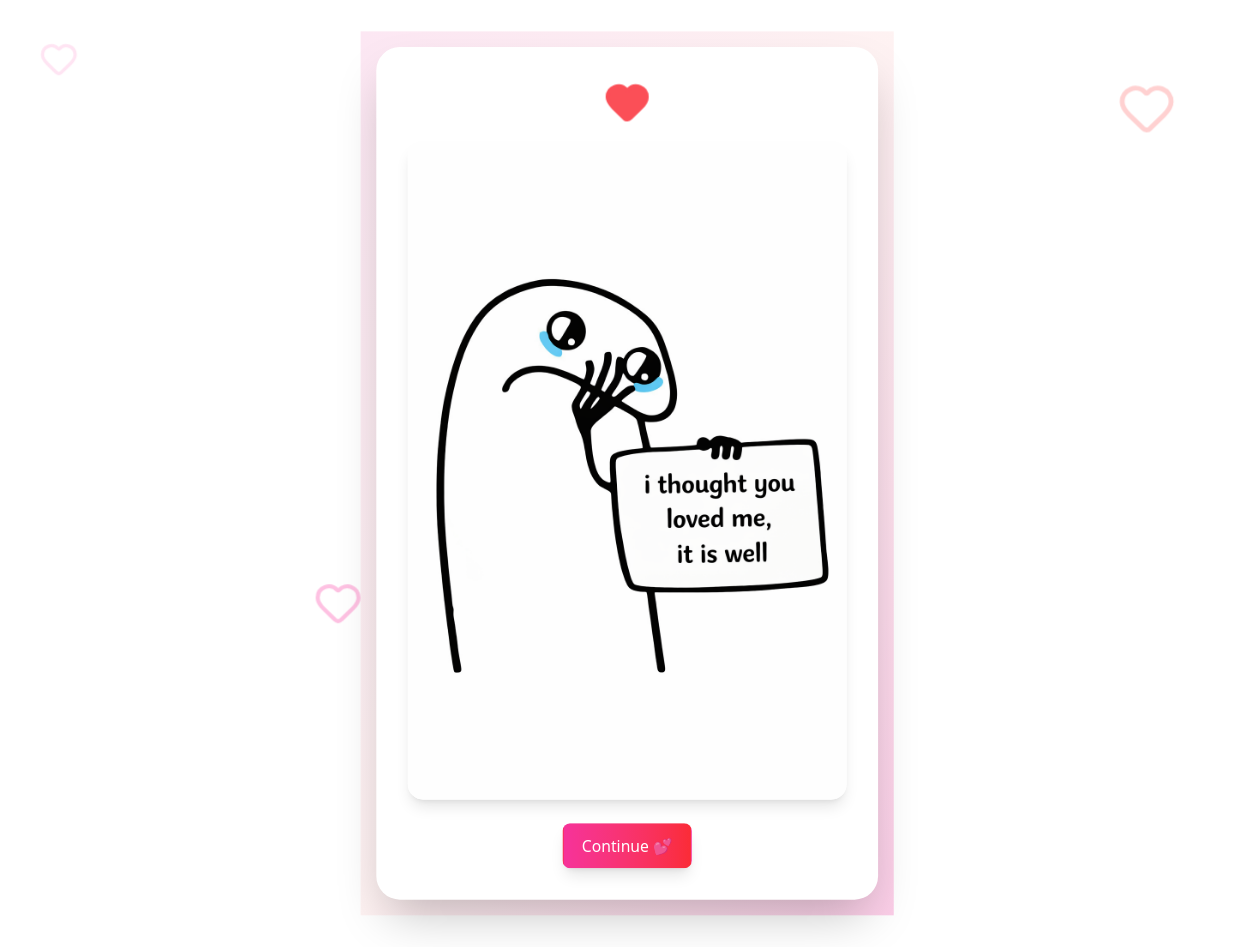
Repository: joelojieabu/Valentine
Page: /
An editor plug-in stored every save of this project. The page is shown before and after a run of saves, followed by the edit.
The browser window is 1280 px wide. The pictures show the whole page, at 98% of full size.
The project was rebuilt for these pictures with package versions that can differ from the ones it lists, and the page was loaded fresh each time. Also part of the build but not shown: vite.config.ts.

Above is the page before, as saved 2026-02-03 13:27:55.

### index.html
<!doctype html>
<html lang="en">
  <head>
    <meta charset="UTF-8" />
    <link rel="icon" type="image/svg+xml" href="/vite.svg" />
    <meta name="viewport" content="width=device-width, initial-scale=1.0" />
    <title>valentine</title>
  </head>
  <body>
    <div id="root"></div>
    <script type="module" src="/src/main.tsx"></script>
  </body>
</html>

### src/App.tsx
import ValentineApp from "./Valentine";
import "./App.css";

function App() {
  return <ValentineApp />;
}

export default App;

### src/Valentine.tsx
import React, { useState } from "react";
import { Heart } from "lucide-react";

export default function ValentineApp() {
  const [page, setPage] = useState(1);
  const [yesButtonSize, setYesButtonSize] = useState(1);

  const handleNoClick = () => {
    setYesButtonSize((prev) => prev + 0.3);
  };

  const handleYesClick = () => {
    setPage(4);
  };

  return (
    <div className="min-h-screen bg-gradient-to-br from-pink-100 via-red-50 to-pink-200 flex items-center justify-center p-4">
      <div className="absolute top-0 left-0 w-full h-full overflow-hidden pointer-events-none">
        <Heart
          className="absolute top-10 left-10 text-pink-300 opacity-20 animate-pulse"
          size={40}
        />
        <Heart
          className="absolute top-20 right-20 text-red-300 opacity-20 animate-pulse"
          size={60}
          style={{ animationDelay: "0.5s" }}
        />
        <Heart
          className="absolute bottom-20 left-1/4 text-pink-400 opacity-20 animate-pulse"
          size={50}
          style={{ animationDelay: "1s" }}
        />
        <Heart
          className="absolute bottom-10 right-1/3 text-red-300 opacity-20 animate-pulse"
          size={45}
          style={{ animationDelay: "1.5s" }}
        />
      </div>

      <div className="relative bg-white rounded-3xl shadow-2xl p-8 max-w-2xl w-full">
        {/* Page 1 */}
        {page === 1 && (
          <div className="text-center space-y-6 animate-fade-in">
            <div className="flex justify-center mb-4">
              <Heart
                className="text-red-500 animate-pulse"
                size={48}
                fill="currentColor"
              />
            </div>
            <img
              src="/uploads/stick3.png"
              alt="Sad character"
              className="w-full max-w-md mx-auto rounded-2xl shadow-lg max-h-8/10"
            />
            <button
              onClick={() => setPage(2)}
              className="bg-gradient-to-r from-pink-500 to-red-500 text-white px-8 py-4 rounded-full font-bold text-lg hover:from-pink-600 hover:to-red-600 transform hover:scale-105 transition-all shadow-lg hover:shadow-xl"
            >
              Continue 💕
            </button>
          </div>
        )}

        {/* Page 2 */}
        {page === 2 && (
          <div className="text-center space-y-6 animate-fade-in">
            <div className="flex justify-center mb-4">
              <Heart
                className="text-red-500 animate-pulse"
                size={48}
                fill="currentColor"
              />
            </div>
            <img
              src="/uploads/stick2.png"
              alt="Understanding character"
              className="w-full max-w-md mx-auto rounded-2xl shadow-lg"
            />
            <button
              onClick={() => setPage(3)}
              className="bg-gradient-to-r from-pink-500 to-red-500 text-white px-8 py-4 rounded-full font-bold text-lg hover:from-pink-600 hover:to-red-600 transform hover:scale-105 transition-all shadow-lg hover:shadow-xl"
            >
              Next 💖
            </button>
          </div>
        )}

        {/* Page 3 */}
        {page === 3 && (
          <div className="text-center space-y-6 animate-fade-in">
            <div className="flex justify-center mb-4">
              <Heart
                className="text-red-500 animate-pulse"
                size={48}
                fill="currentColor"
              />
            </div>
            <img
              src="/uploads/stick1.png"
              alt="Valentine question"
              className="w-full max-w-md mx-auto rounded-2xl shadow-lg"
            />
            <div className="flex flex-col items-center gap-4 pt-4">
              <button
                onClick={handleYesClick}
                style={{
                  transform: `scale(${yesButtonSize})`,
                  transition: "transform 0.3s ease",
                }}
                className="bg-gradient-to-r from-pink-500 to-red-500 text-white px-8 py-4 rounded-full font-bold text-lg hover:from-pink-600 hover:to-red-600 shadow-lg hover:shadow-xl origin-center"
              >
                Yes 💝
              </button>
              <button
                onClick={handleNoClick}
                className="bg-gray-300 text-gray-700 px-6 py-3 rounded-full font-semibold hover:bg-gray-400 transition-all shadow-md"
              >
                If they born you well, click no
              </button>
            </div>
          </div>
        )}

        {/* Page 4 - Success */}
        {page === 4 && (
          <div className="text-center space-y-6 animate-fade-in">
            <div className="flex justify-center gap-2 mb-4">
              <Heart
                className="text-red-500 animate-pulse"
                size={48}
                fill="currentColor"
              />
              <Heart
                className="text-pink-500 animate-pulse"
                size={48}
                fill="currentColor"
                style={{ animationDelay: "0.2s" }}
              />
              <Heart
                className="text-red-500 animate-pulse"
                size={48}
                fill="currentColor"
                style={{ animationDelay: "0.4s" }}
              />
            </div>
            <video
              src="/uploads/catgif.mp4"
              autoPlay
              loop
              muted
              playsInline
              className="w-full max-w-md mx-auto rounded-2xl shadow-lg"
            />
            <p className="text-2xl text-pink-600 font-semibold mt-4">
              Happy Valentine's Day! 💕
            </p>
          </div>
        )}
      </div>

      <style>{`
        @keyframes fade-in {
          from {
            opacity: 0;
            transform: translateY(20px);
          }
          to {
            opacity: 1;
            transform: translateY(0);
          }
        }
        .animate-fade-in {
          animation: fade-in 0.5s ease-out;
        }
      `}</style>
    </div>
  );
}

Loaded but not shown: src/main.tsx (common file); src/index.css (common file); src/App.css (common file)

After the next 3 saves:
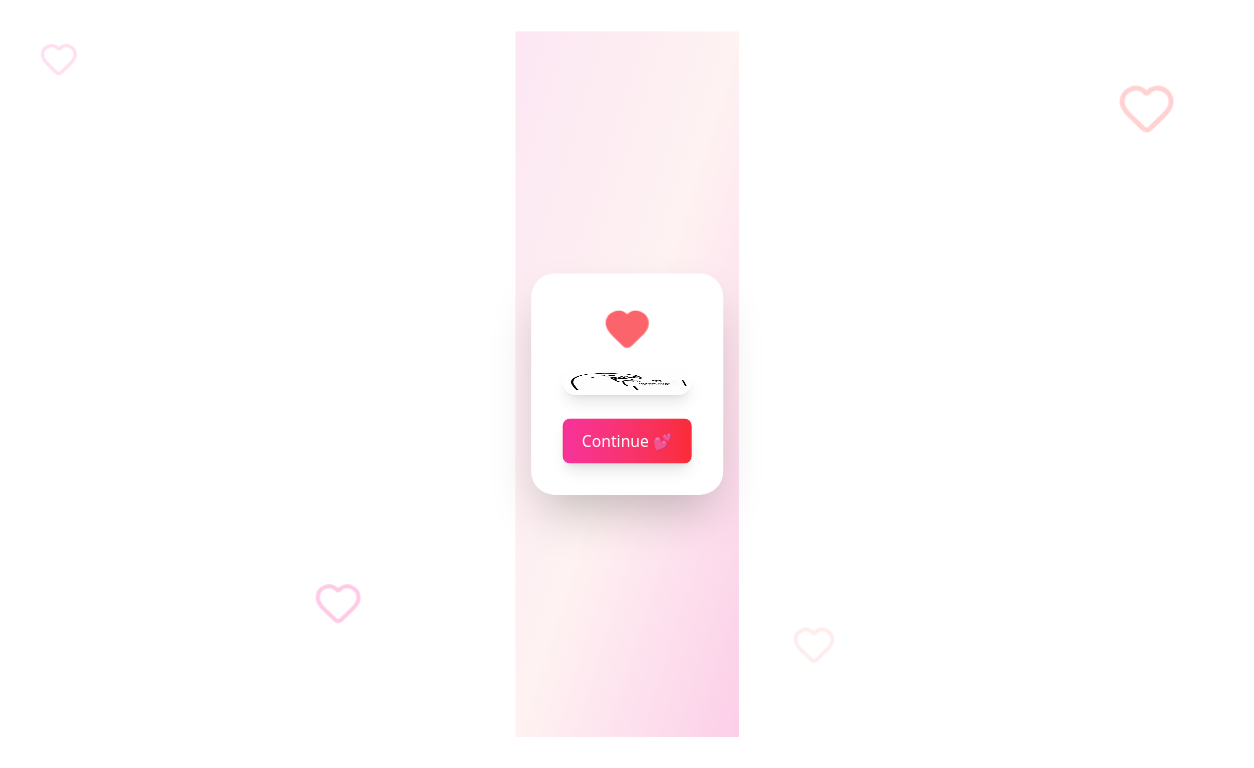
The 3 saves are shown as one change because they came seconds apart.
The last was saved 58 s later.
--- a/src/Valentine.tsx
+++ b/src/Valentine.tsx
@@ -51,7 +51,7 @@
             <img
               src="/uploads/stick3.png"
               alt="Sad character"
-              className="w-full max-w-md mx-auto rounded-2xl shadow-lg max-h-8/10"
+              className="w-full max-w-md mx-auto rounded-2xl shadow-lg h-7"
             />
             <button
               onClick={() => setPage(2)}

After the save that followed:
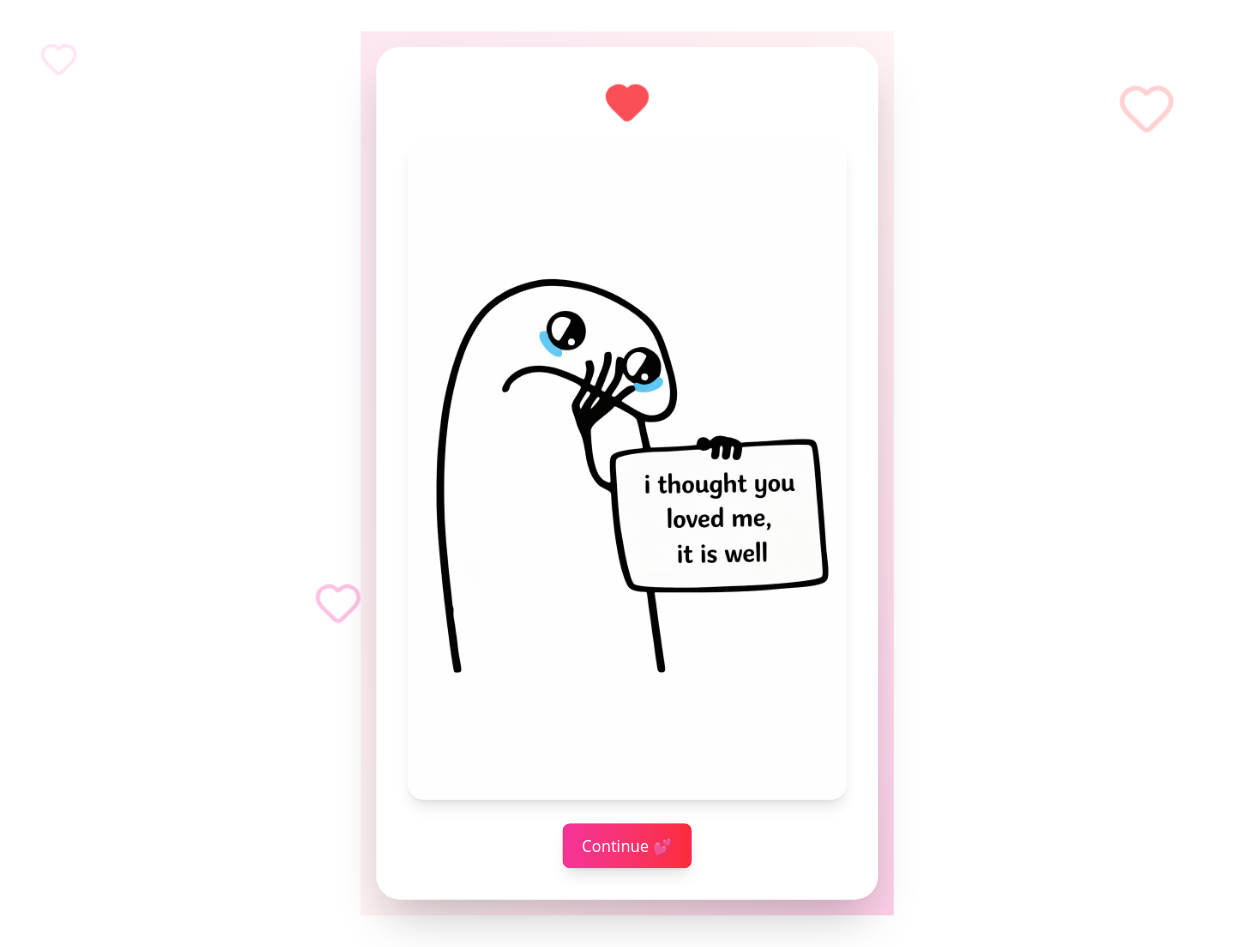
Saved 6 s later.
--- a/src/Valentine.tsx
+++ b/src/Valentine.tsx
@@ -51,7 +51,7 @@
             <img
               src="/uploads/stick3.png"
               alt="Sad character"
-              className="w-full max-w-md mx-auto rounded-2xl shadow-lg h-7"
+              className="w-full max-w-md mx-auto rounded-2xl shadow-lg max-h-8/10"
             />
             <button
               onClick={() => setPage(2)}
